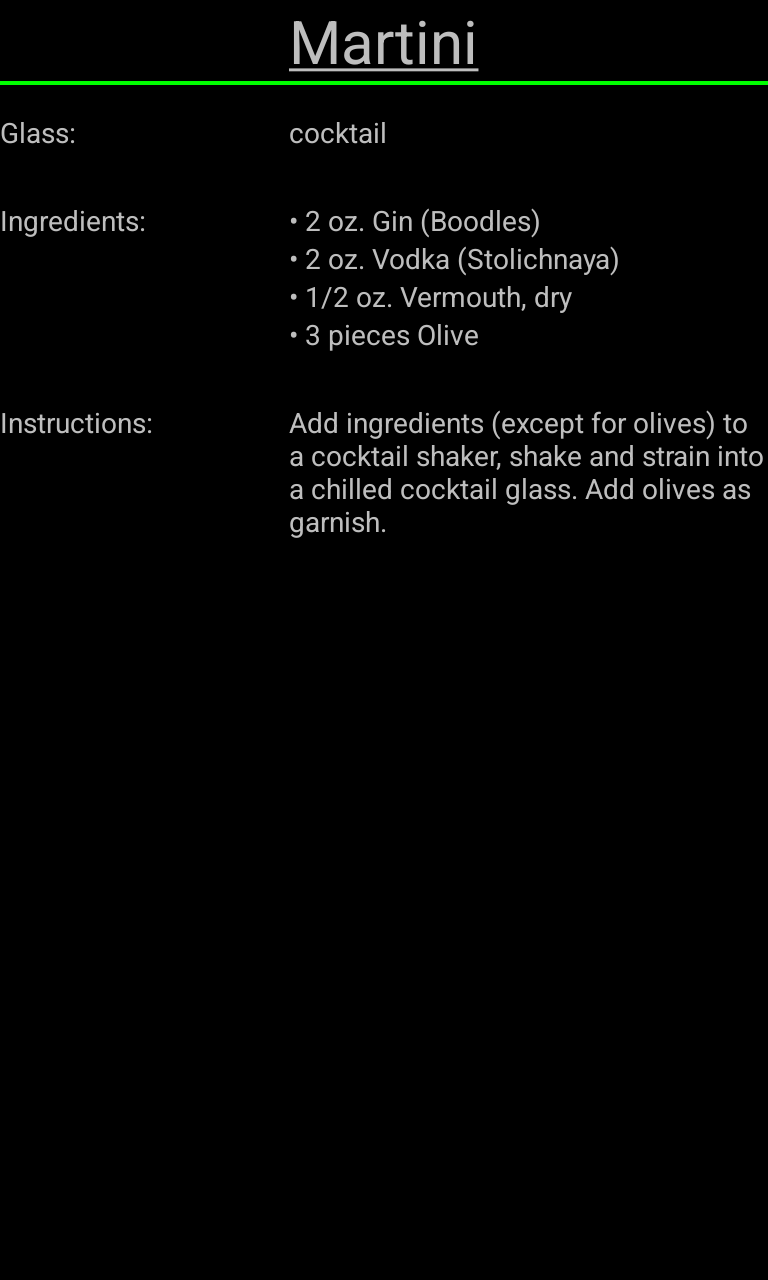
Repository: caltangelo/Drinkables
Layout: CocktailView/res/layout/main.xml
An editor plug-in stored every save of this project. The layout is shown before and after the next save, followed by the edit.
It is drawn on a 768 x 1280 px phone screen (xhdpi) without system bars, with theme android:Theme; the app's code is not run.

Above is the layout before, as saved 2011-09-22 20:58:13.

After the next save:
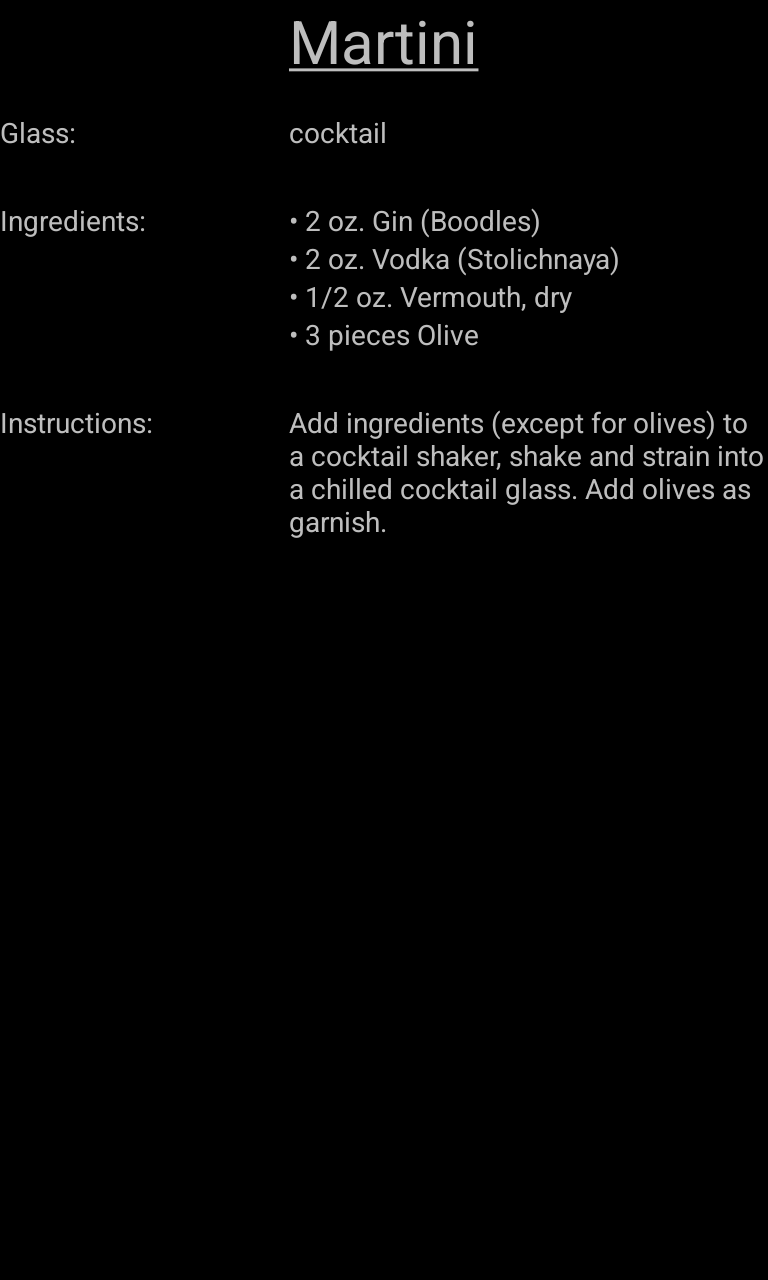
Saved 2 min 23 s later.
--- a/CocktailView/res/layout/main.xml
+++ b/CocktailView/res/layout/main.xml
@@ -7,7 +7,7 @@
 		android:layout_width="wrap_content" android:layout_alignParentTop="true"
 		android:layout_centerHorizontal="true" />
 
-	<TextView android:layout_width="fill_parent" android:layout_height="2dp" android:background="#FF00FF00"
+	<TextView android:layout_width="fill_parent" android:layout_height="2dp" android:background="#00000000"
 		android:layout_below="@id/drinkname"/>
 
 	<TextView android:id="@+id/glass_label" android:layout_width="wrap_content"
